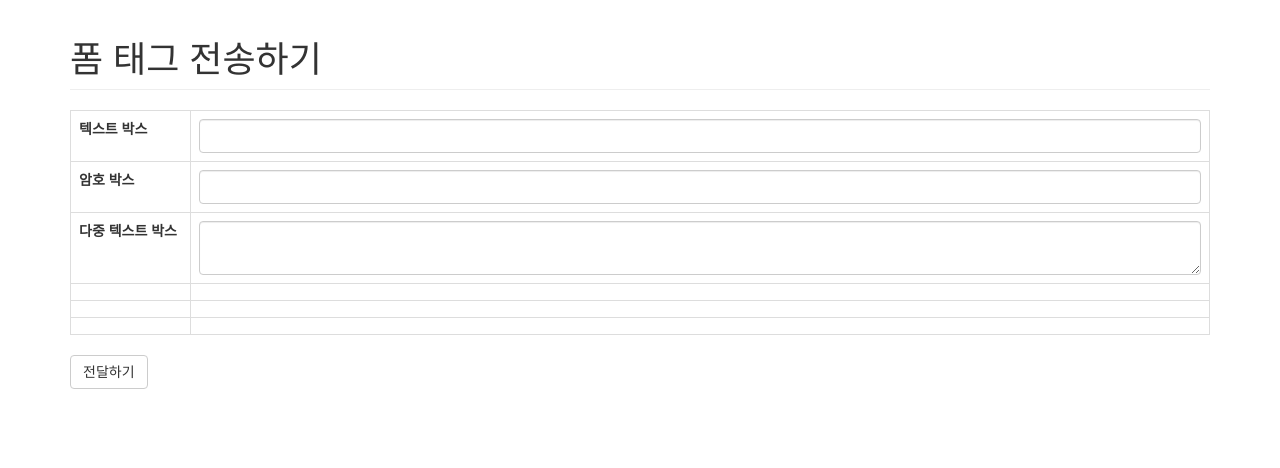
Repository: kimgyuseok/Server
Page: http://localhost/JSPTest/ex04.jsp
An editor plug-in stored every save of this project. The page is shown before and after the next save, followed by the edit.
The browser window is 1280 px wide. The pictures show the whole page.
The page is served by Tomcat 9.

Above is the page before, as saved 2022-01-06 05:08:52.

### JSPTest/src/main/webapp/ex04.jsp

<%@ page language="java" contentType="text/html; charset=UTF-8"
    pageEncoding="UTF-8"%>

<!DOCTYPE html>
<html>
<head>
<meta charset="UTF-8">
<title>Insert title here</title>
<%@ include file="/inc/asset.jsp" %>
<style>
	table { width:600px; }
	th { width: 120px; }
</style>
</head>
<body>

	<div class="container">

		<h1 class="page-header">폼 태그 전송하기</h1>
		<form method="POST" action="/jsp/ex04ok.jsp">
		<table class="table table-bordered">
			<tr>
				<th>텍스트 박스</th>
				<td><input type="text" name="txt1" class="form-control"></td>
			</tr>
			<tr>
				<th>암호 박스</th>
				<td><input type="text" name="pw1" class="form-control"></td>
			</tr>
			<tr>
				<th>다중 텍스트 박스</th>
				<td><textarea style="height200px;" class="form-control"></textarea></td>
			</tr>
			<tr>
				<th></th>
				<td></td>
			</tr>
			<tr>
				<th></th>
				<td></td>
			</tr>
			<tr>
				<th></th>
				<td></td>
			</tr>
		</table>

		<input type="submit" value="전달하기" class="btn btn-default">
		</form>
	</div>


</body>
</html>

### JSPTest/src/main/webapp/inc/asset.jsp
<%@ page language="java" contentType="text/html; charset=UTF-8"
    pageEncoding="UTF-8"%>
<!-- asset.jsp -->

<link rel="stylesheet" href="/jsp/asset/css/bootstrap.css">

<script src="/jsp/asset/js/jquery-1.12.4.js"></script>
<script src="/jsp/asset/js/bootstrap.js"></script>

Loaded but not shown: JSPTest/src/main/webapp/asset/css/bootstrap.css (library); JSPTest/src/main/webapp/asset/js/jquery-1.12.4.js (library); JSPTest/src/main/webapp/asset/js/bootstrap.js (library)

After the next save:
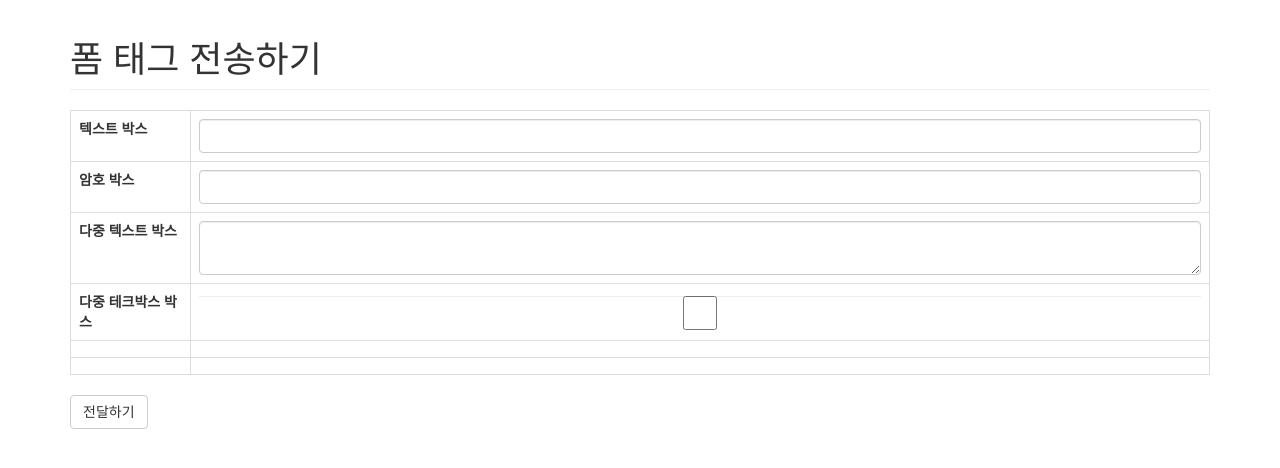
Saved 15 min 9 s later.
--- a/JSPTest/src/main/webapp/ex04.jsp
+++ b/JSPTest/src/main/webapp/ex04.jsp
@@ -30,11 +30,11 @@
 			</tr>
 			<tr>
 				<th>다중 텍스트 박스</th>
-				<td><textarea style="height200px;" class="form-control"></textarea></td>
+				<td><textarea mname="txt2" style="height200px;" class="form-control"></textarea></td>
 			</tr>
 			<tr>
-				<th></th>
-				<td></td>
+				<th>다중 테크박스 박스</th>
+				<td><input type="checkbox" name="cb1" class="form-control"></td>
 			</tr>
 			<tr>
 				<th></th>
